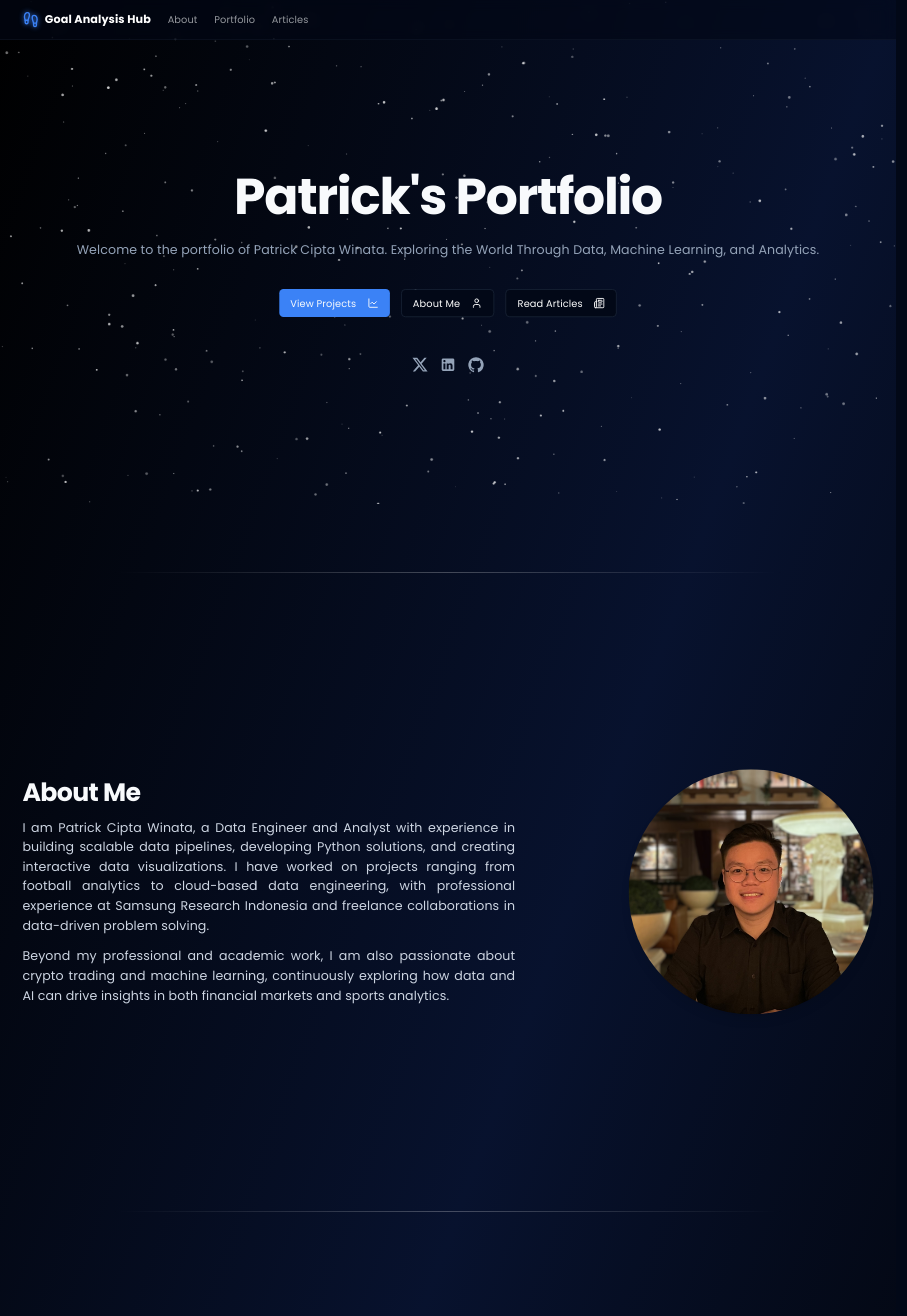
Repository: patrick-cw/my-portfolio
Page: /
The author's editor kept a copy of each file at every save. The page is drawn from the files as they stood at one save, then again after the next save.
The browser window is 1280 px wide. The page is 1296 px wide, so the pictures cover 1296 px, including what lies to the right of the window. The pictures show the part of the page from y = 0 to 1880 px (the page is 3545 px tall), at 70% of full size.
The project was rebuilt for these pictures with package versions that can differ from the ones it lists, and the page was loaded fresh each time. The framework's server and built-in components were replaced by stand-ins that run in the browser. Also part of the build but not shown: next.config.ts.

Above is the page before, as saved 2025-08-31 02:07:22.

After the next save:
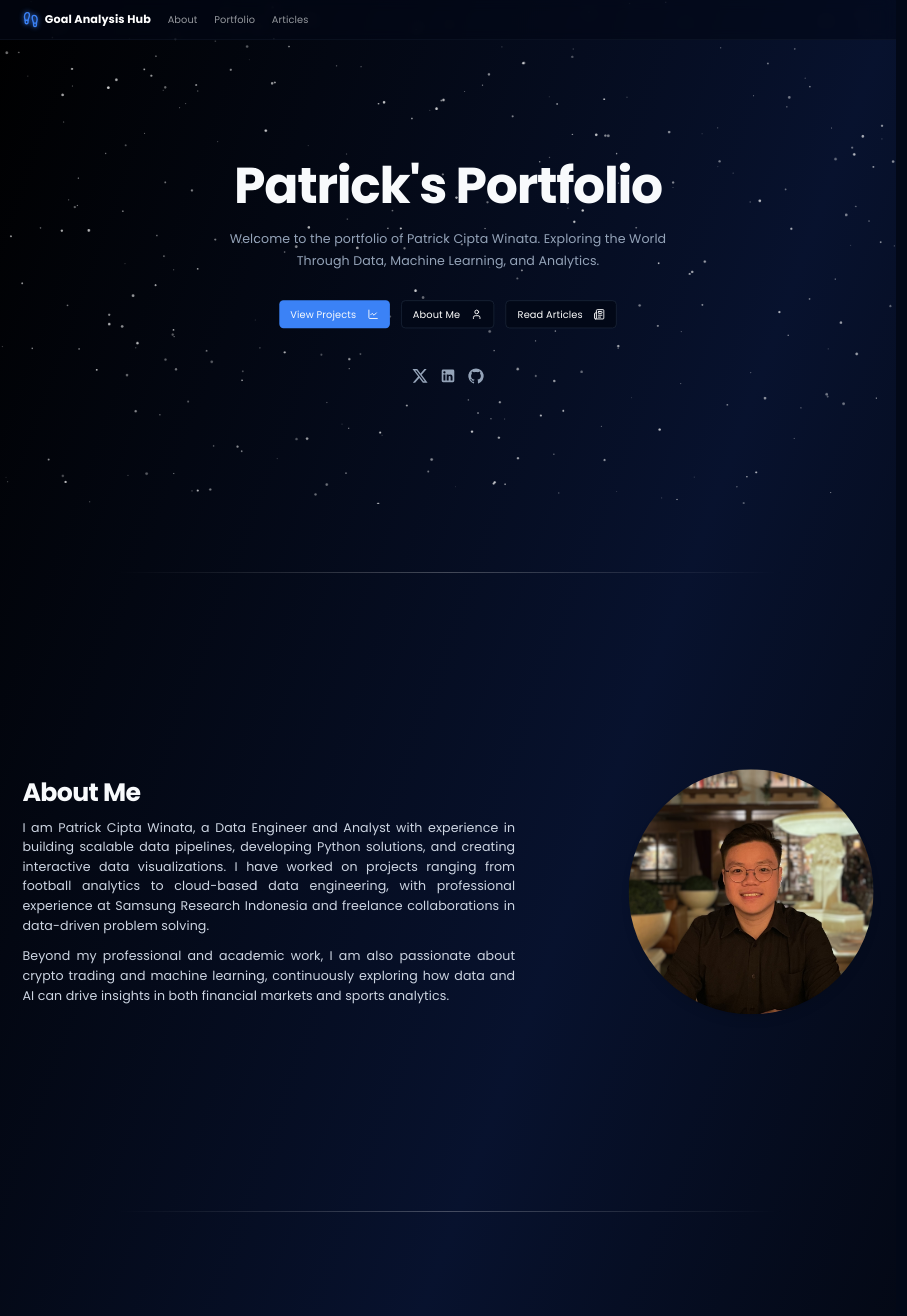
Saved 65 s later.
--- a/src/app/page.tsx
+++ b/src/app/page.tsx
@@ -257,7 +257,7 @@
           <h1 className="font-headline text-4xl font-bold tracking-tight text-foreground sm:text-6xl md:text-7xl">
           Patrick's Portfolio
           </h1>
-          <p className="mt-6 text-lg leading-8 text-muted-foreground max-w-2xl mx-auto">
+          <p className="mt-6 text-lg leading-8 text-muted-foreground max-w-xl mx-auto">
           Welcome to the portfolio of Patrick Cipta Winata. Exploring the World Through Data, Machine Learning, and Analytics.
           </p>
           <div className="mt-10 flex flex-col items-center justify-center gap-y-6">

After the save that followed:
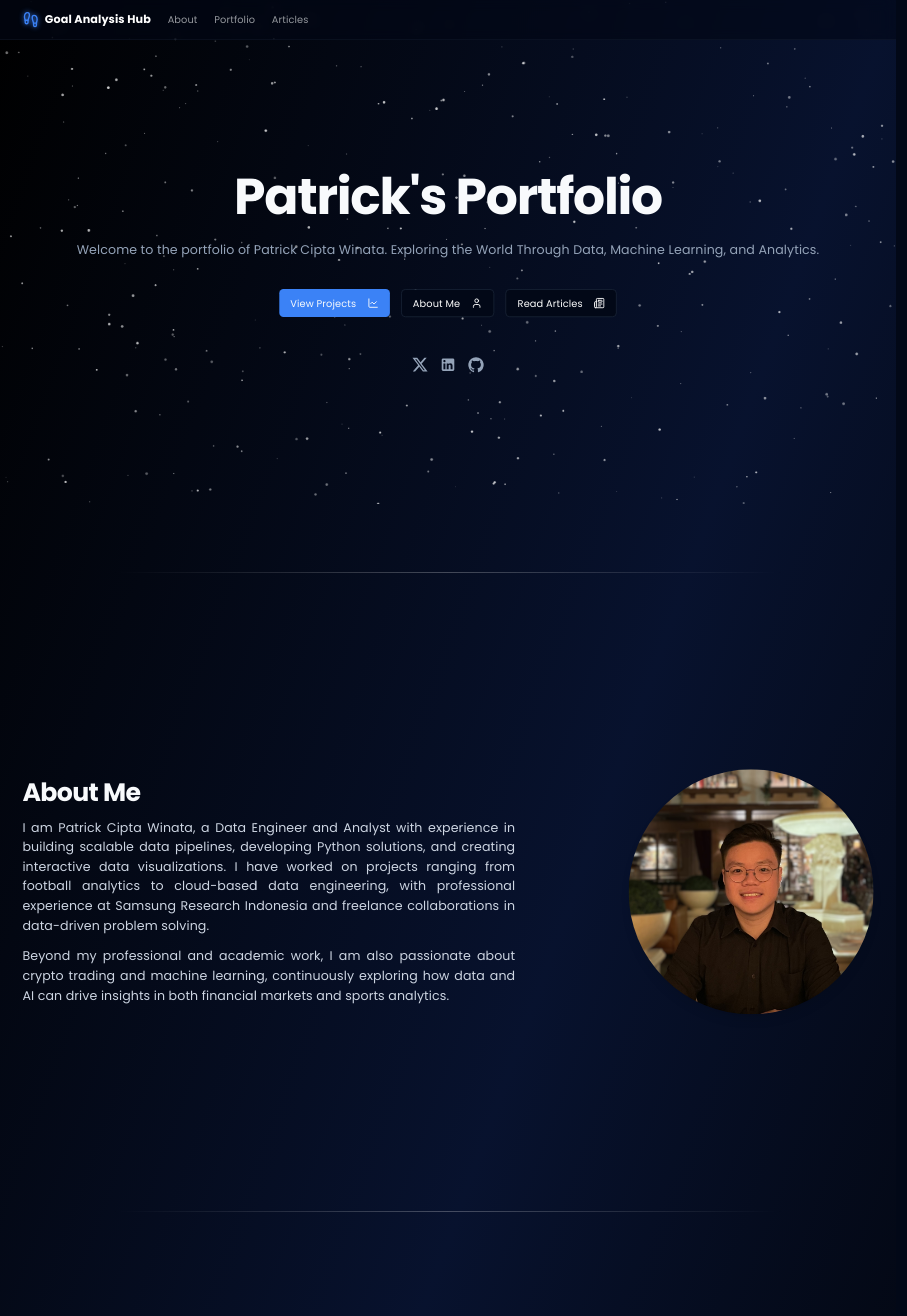
Saved 11 s later.
--- a/src/app/page.tsx
+++ b/src/app/page.tsx
@@ -257,7 +257,7 @@
           <h1 className="font-headline text-4xl font-bold tracking-tight text-foreground sm:text-6xl md:text-7xl">
           Patrick's Portfolio
           </h1>
-          <p className="mt-6 text-lg leading-8 text-muted-foreground max-w-xl mx-auto">
+          <p className="mt-6 text-lg leading-8 text-muted-foreground max-w-xxl mx-auto">
           Welcome to the portfolio of Patrick Cipta Winata. Exploring the World Through Data, Machine Learning, and Analytics.
           </p>
           <div className="mt-10 flex flex-col items-center justify-center gap-y-6">
